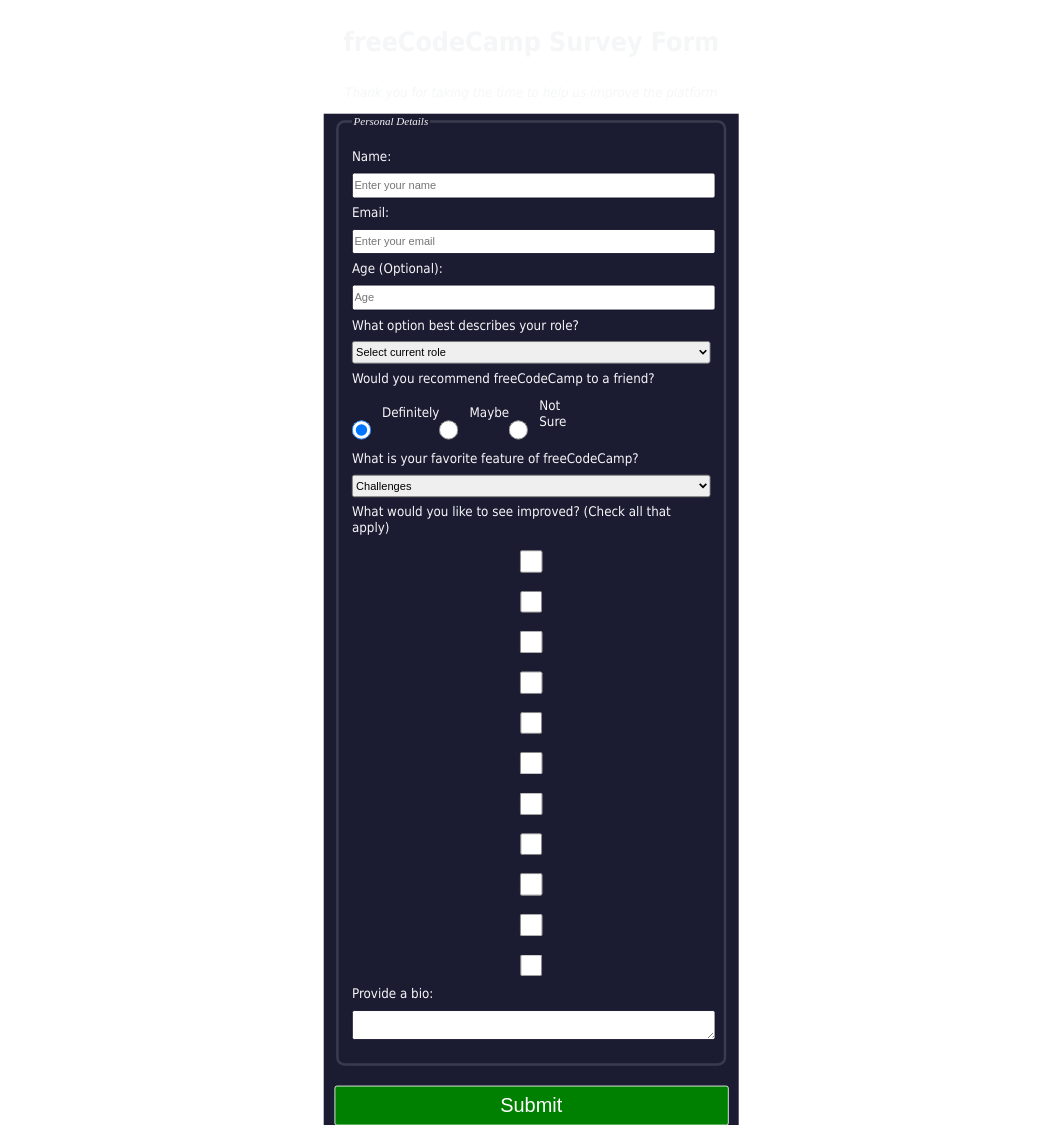
Repository: Lungdjos/survey_form_certification
Page: index.html
The author's editor kept a copy of each file at every save. The page is drawn from the files as they stood at one save, then again after the next save.
The browser window is 1280 px wide. The pictures show the whole page, at 83% of full size.

Above is the page before, as saved 2023-09-30 23:23:05.

### index.html
<!DOCTYPE html>
<html lang="en">

<head>
    <meta charset="UTF-8">
    <meta name="viewport" content="width=device-width, initial-scale=1.0">
    <title>Survey Form</title>
    <link rel="stylesheet" href="styles.css">
</head>

<body>
    <h1>freeCodeCamp Survey Form </h1>
    <p>Thank you for taking the time to help us improve the platform</p>
    <form action="https://register-demo.freecodecamp.org" method="post">
        <fieldset>
            <legend> <small>Personal Details</small> </legend>
            <label for="name">Name: <input type="text" id="name" name="name" placeholder="Enter your name" required> </label>
            <label for="email">Email: <input type="email" id="email" name="email" placeholder="Enter your email" required> </label>
            <label for="age">Age (Optional): <input type="number" name="age" id="age" min="13" max="100" placeholder="Age"> </label>
            <label for="referrer"> What option best describes your role?
                <select name="referrer" id="referrer">
                    <option value="">Select current role</option>
                    <option value="1"  name="news">Student</option>
                    <option value="2" name="youtube" >Full Time Job</option>
                    <option value="3" name="forum" >Full Time Learner</option>
                    <option value="4" name="other" >Prefer not to say</option>
                    <option value="5" name="other" >Other</option>
                </select>
            </label>
            <label for="rec">
                Would you recommend freeCodeCamp to a friend?
                <div class="radio-label">
                    <input  type="radio" name="recommendation" id="rec" checked> Definitely
                    <input  type="radio" name="recommendation" id="rec">Maybe
                    <input  type="radio" name="recommendation" id="rec">Not Sure
                </div>

            </label>

            <label for="referrer"> What is your favorite feature of freeCodeCamp?
                <select name="referrer" id="referrer">
                    <option value="">Select an option</option>
                    <option value="1" selected name="news">Challenges</option>
                    <option value="2" name="youtube" >Projects</option>
                    <option value="3" name="forum" >Community</option>
                    <option value="4" name="other" >Open Source</option>
                </select>
            </label>
            <label for="">
                What would you like to see improved? (Check all that apply)
                <label><input type="checkbox"/></label>
            <label><input type="checkbox"/></label>
            <label><input type="checkbox"/></label>
            <label><input type="checkbox"/></label>
            <label><input type="checkbox"/></label>
            <label><input type="checkbox"/></label>
            <label><input type="checkbox"/></label>
            <label><input type="checkbox"/></label>
            <label><input type="checkbox"/></label>
            <label><input type="checkbox"/></label>
            <label><input type="checkbox"/></label>
            </label>

            <label for="bio">Provide a bio:
                <textarea name="biography" id="bio" cols="50" rows="2" placeholder="I like coding on the beach..." >
                </textarea>
            </label>
        </fieldset>
        <input type="submit" value="Submit" name="submit" id="submit-btn">
    </form>
</body>

</html>

### styles.css
/* designs for the survey form */


/* CSS for the Registration Form */

body {
    width: 100%;
    height: 100vh;
    /* will need to set the value to */
    margin: 15px 0 15px 0;
    color: #f5f6f7;
    font-size: 16px;
    font-family: Tahoma;
}

label {
    display: block;
    margin: .5rem 0;
}

a {
    color: #dfdfe2;
}

a:hover {
    color: blanchedalmond;
    text-decoration: none;
}

a:active {
    color: #0a0a23;
}

fieldset {
    margin: 15px;
    border-radius: 10px;
    border: 3px solid #3b3b4f;
    padding: 1rem;
}


/* gets the last element and take effects */


/* fieldset:last-of-type {
    border: none;
} */

input,
textarea,
select {
    margin: 10px 0 0 0;
    width: 100%;
    border-radius: 3px;
    min-height: 2em;
}

input,
textarea {
    background-color: #fff;
    border: 1px solid #0a0a23;
    color: #0a0a23;
    ;
}


/* input {}

.inline label {
    display: inline;
    margin: 0 3em 0 0;
    vertical-align: middle;
    justify-content: left;
}


/* Style the radio buttons to make them visually aligned with the labels *

input[type="radio"] {
    vertical-align: middle;
    /* Align radio buttons vertically with the text
    margin-right: 5px;
    /* Add some spacing between the radio button and text


}

/* Add some margin between each radio button and text

label input[type="radio"]+label {
    margin-right: 15px;
}

*/


/* Use flexbox to align items vertically */

.radio-label {
    display: inline-flex;
    align-items: center;
}


/* Style the radio buttons */

input[type="radio"] {
    margin: 3em 1em 0 0;
}

legend {
    font-style: italic;
    font-family: 'Times New Roman', Times, serif;
}

h1,
p {
    margin: 1em auto;
    text-align: center;
}

p {
    font-style: italic;
}

form {
    /* margin: 0px 30px 0px 30px; */
    margin: 0 auto;
    max-width: 500px;
    min-width: 300px;
    width: 60vw;
    background-color: #1b1b32;
}

#submit-btn:hover {
    background-color: blanchedalmond;
    margin-bottom: 2em;
    color: #0a0a23;
    border: 4px solid #3b3b4f;
    border-radius: 8px;
}

input[name="submit"] {
    display: block;
    width: 95%;
    margin: 1em auto;
    height: 2em;
    font-size: 1.5rem;
    background-color: green;
    color: #fff;
    border-color: white;
    min-width: 1em;
}

input[type="file"] {
    min-height: 2em;
    padding: 1px 2px;
}

After the next save:
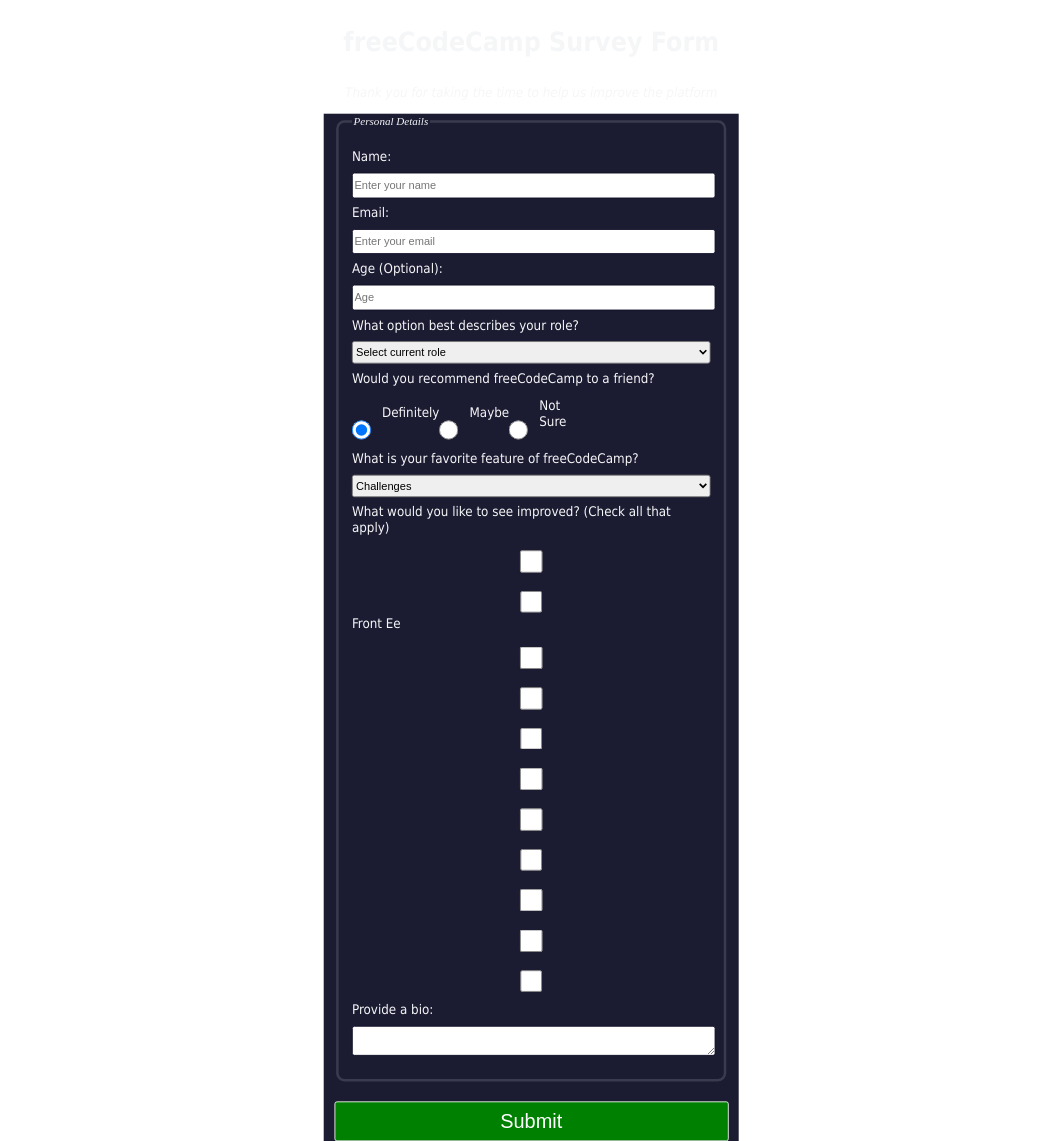
Saved 23 s later.
--- a/index.html
+++ b/index.html
@@ -49,7 +49,7 @@
             <label for="">
                 What would you like to see improved? (Check all that apply)
                 <label><input type="checkbox"/></label>
-            <label><input type="checkbox"/></label>
+            <label><input type="checkbox"/>Front Ee</label>
             <label><input type="checkbox"/></label>
             <label><input type="checkbox"/></label>
             <label><input type="checkbox"/></label>
